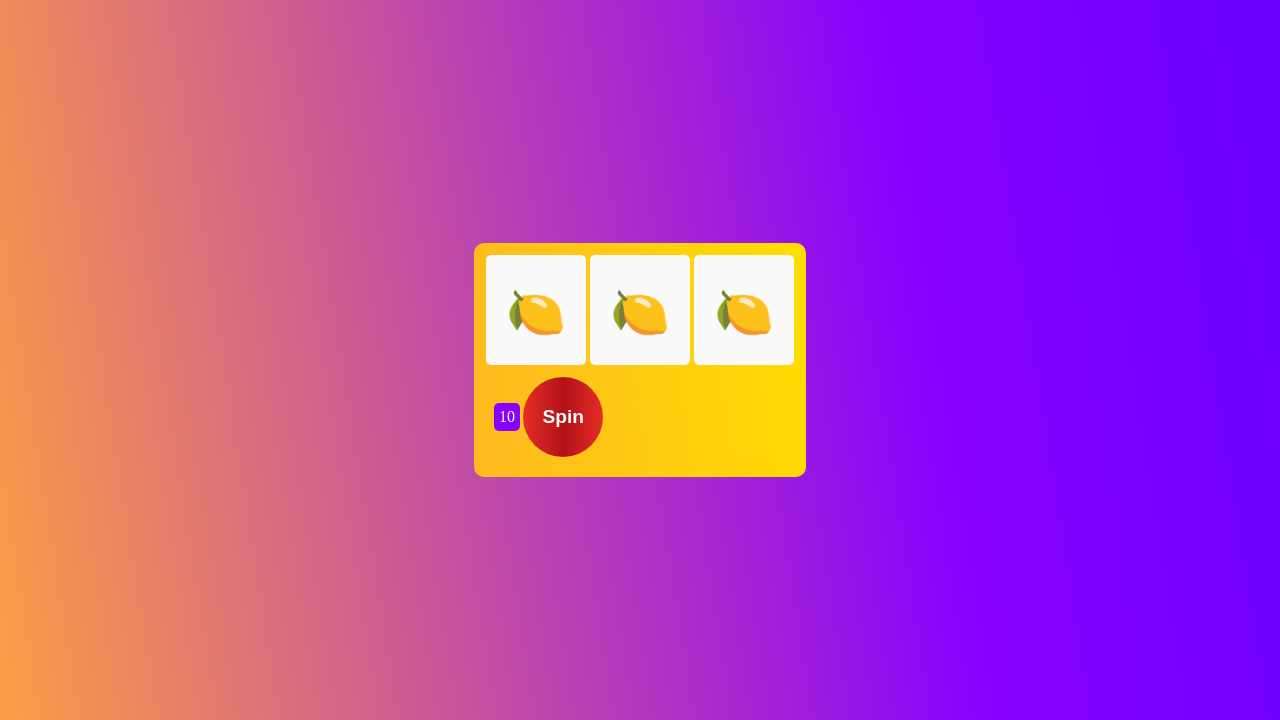
Repository: HERBOD7/slotmachine
Page: /
These files come from the project's save history. The page is drawn as it stood at one moment and after the next save; the edit follows.
The browser window is 1280 px wide. The pictures show the whole page.
The project was rebuilt for these pictures with package versions that can differ from the ones it lists, and the page was loaded fresh each time. Also part of the build but not shown: vue.config.js.

Above is the page before, as saved 2023-07-23 12:20:01.

### src/App.vue
<template>
  <div id="app">
    <div class="machine">
      <div class="slots">
        <div class="slot" v-for="(symbol, name, i) in symbols" :key="i">
          <SlotBox
            :symbols="symbol"
            :slotName="name"
            :slotIsShuffling="isShuffling"
          />
        </div>
      </div>

      <div class="buttons">
        <div class="credit">{{ credit }}</div>
        <button @click="spin" class="spinner">Spin</button>
      </div>
    </div>
  </div>
</template>

<script>
import SlotBox from "./components/SlotBox.vue";

export default {
  name: "App",
  components: {
    SlotBox,
  },
  data() {
    return {
      symbols: {
        firstSlot: ["🍋", "🍉", "🍒", "🍊"],
        secondSlot: ["🍋", "🍉", "🍒", "🍊"],
        thirdSlot: ["🍋", "🍉", "🍒", "🍊"],
      },
      isShuffling: false,
      credit: 10,
    };
  },
  methods: {
    spin() {
      this.isShuffling = true;
      for (let name in this.symbols) {
        const arr = [];
        arr.push(...this.symbols[name]);
        this.symbols[name] = this.shuffle(arr);
      }
      setTimeout(() => {
        this.isShuffling = false;
      }, 100);
    },
    shuffle(array) {
      for (let i = array.length - 1; i > 0; i--) {
        const j = Math.floor(Math.random() * (i + 1));
        [array[i], array[j]] = [array[j], array[i]];
      }
      return array;
    },
  },
};
</script>

<style>
body {
  width: 100vw;
  height: 100vh;
  margin: 0;
  padding: 0;
}

#app {
  width: 100%;
  height: 100%;
  display: flex;
  flex-direction: column;
  justify-content: center;
  align-items: center;
  background: rgb(106, 0, 255);
  background: linear-gradient(
    261deg,
    rgba(106, 0, 255, 1) 0%,
    rgba(136, 0, 255, 1) 29%,
    rgba(252, 158, 69, 1) 100%
  );
}

.machine {
  background: rgb(255, 222, 1);
  background: linear-gradient(
    261deg,
    rgba(255, 222, 1, 1) 0%,
    rgba(255, 185, 33, 1) 100%
  );
  padding: 10px;
  border-radius: 10px;
}

.slots {
  display: flex;
  /* background: rgb(255, 222, 1);
  background: linear-gradient(
    261deg,
    rgba(255, 222, 1, 1) 0%,
    rgba(255, 185, 33, 1) 100%
  );
  padding: 10px;
  border-radius: 10px; */
}

.slot {
  background: #fafafa;
  width: 100px;
  height: 110px;
  overflow: hidden;
  border-radius: 5px;
  margin: 2px;
}

.buttons {
  display: flex;
  align-items: center;
  padding: 10px;
  border-radius: 10px;
}

button {
  cursor: pointer;
  font-size: 1.2rem;
  margin: 0 0.2rem;
  border: none;
  border-radius: 5px;
  padding: 10px 15px;
}

.credit {
  background: rgba(136, 0, 255, 1);
  padding: 5px;
  border-radius: 5px;
  color: white;
}

.spinner {
  height: 80px;
  width: 80px;
  border-radius: 100%;
  background: rgb(255, 0, 0);
  background-image: linear-gradient(
    to right,
    #e52d27 0%,
    #b31217 51%,
    #e52d27 100%
  );
  color: white;
  font-weight: bold;
}

.spinner:hover {
  background-position: right center;
}
</style>

### src/components/SlotBox.vue
<template>
  <div class="boxes">
    <div
      :class="[
        'box',
        slotIsShuffling ? 'before-animate blur' : slotName + '-animation',
      ]"
      v-for="(item, index) in symbols"
      :key="index"
    >
      {{ item }}
    </div>
  </div>
</template>

<script>
export default {
  name: "SlotBox",
  props: {
    symbols: Array,
    slotIsShuffling: Boolean,
    slotName: String,
  },
};
</script>

<!-- Add "scoped" attribute to limit CSS to this component only -->
<style scoped>
.boxes {
  transform: translateY(0);
  transition: transform 1s ease-in-out;
}

.box {
  display: flex;
  justify-content: center;
  align-items: center;
  font-size: 3rem;
  height: 110px;
  width: 100px;
}

.firstSlot-animation {
  transform: translateY(3px);
  transition: transform 0.5s ease-in-out;
}

.secondSlot-animation {
  transform: translateY(3px);
  transition: transform 0.8s ease-in-out;
}

.thirdSlot-animation {
  transform: translateY(3px);
  transition: transform 1s ease-in-out;
}

.before-animate {
  transform: translateY(-20px);
}

.blur {
  filter: blur(1px);
}
</style>

Loaded but not shown: public/index.html (common file); src/main.js (common file)

After the next save:
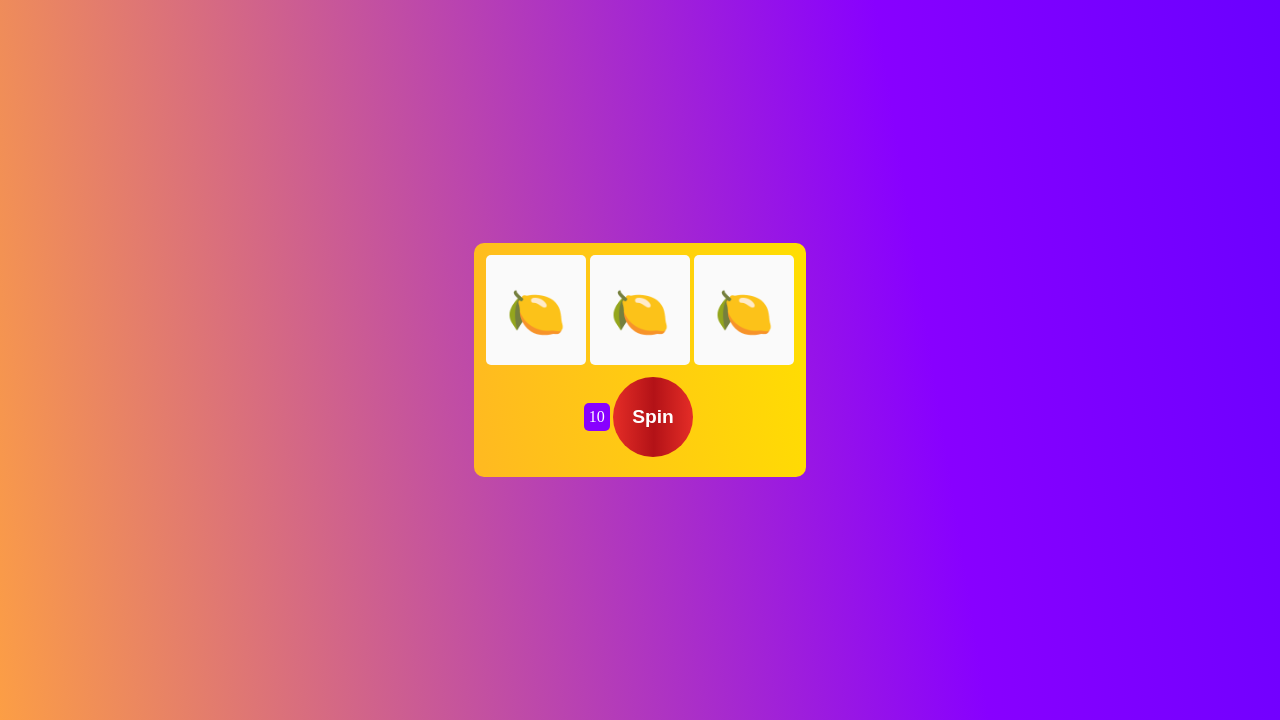
Saved 15 s later.
--- a/src/App.vue
+++ b/src/App.vue
@@ -120,8 +120,8 @@ body {
 .buttons {
   display: flex;
   align-items: center;
+  justify-content: center;
   padding: 10px;
-  border-radius: 10px;
 }
 
 button {
